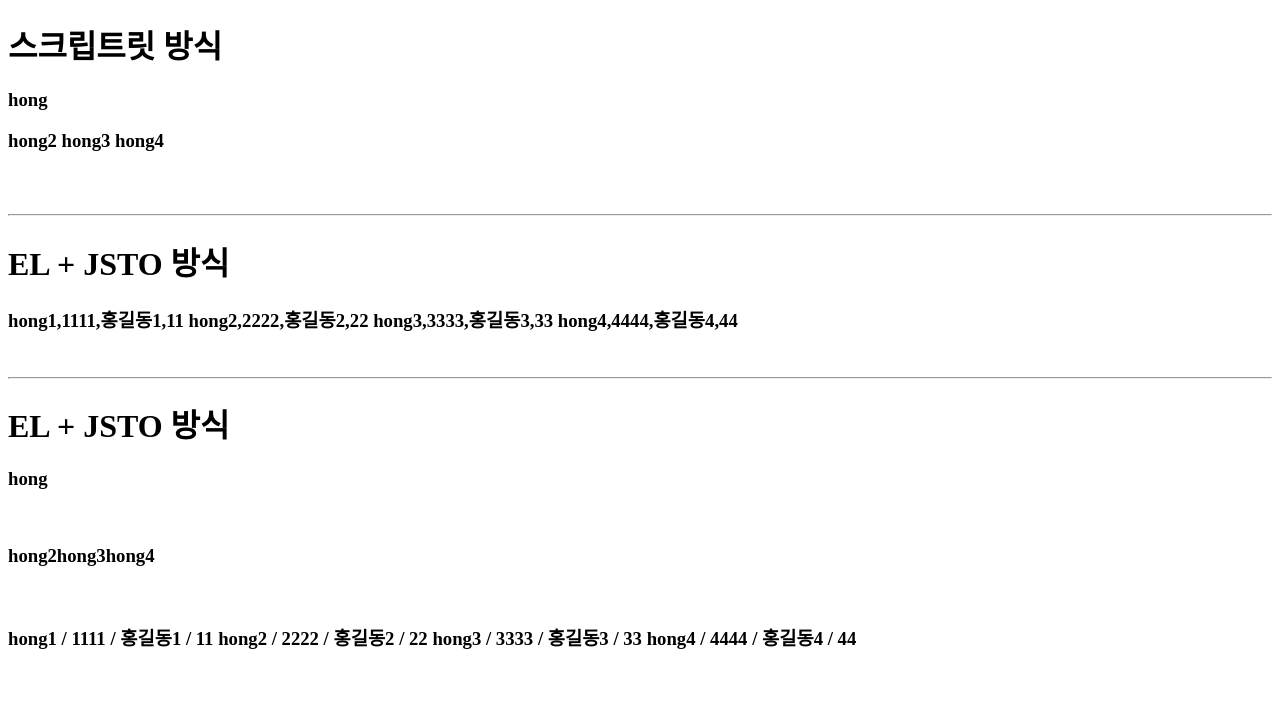
Repository: siucrystal/siuproject
Page: http://localhost/myweb/memberListJstl.jsp
These files come from the project's save history. The page is drawn as it stood at one moment and after the next save; the edit follows.
The browser window is 1280 px wide. The pictures show the whole page.
The page is served by Tomcat 9. Other server files are loaded and not shown.

Above is the page before, as saved 2023-09-20 06:49:04.

### jspws/myweb/src/main/webapp/memberListJstl.jsp
<%@page import="java.util.ArrayList"%>
<%@page import="member.MemberDTO"%>
<%@page import="java.util.List"%>
<%@ page language="java" contentType="text/html; charset=UTF-8"
    pageEncoding="UTF-8"%>
<!DOCTYPE html>
<html>
<head>
<meta charset="UTF-8">
<title>memberListJstl</title>
</head>
<body>
<%
	String name = "hong";

	String[] nameArray = {"hong2", "hong3", "hong4"};

	List<MemberDTO> list = new ArrayList();
	list.add(new MemberDTO("hong1", "1111", "홍길동1", 11));
	list.add(new MemberDTO("hong2", "2222", "홍길동2", 22));
	list.add(new MemberDTO("hong3", "3333", "홍길동3", 33));
	list.add(new MemberDTO("hong4", "4444", "홍길동4", 44));
	request.setAttribute("name", name);
	request.setAttribute("nameArray", nameArray);
	request.setAttribute("list", list);
%>
<jsp:forward page="memberListViewJstl.jsp"></jsp:forward>
</body>
</html>

### jspws/myweb/src/main/webapp/memberListViewJstl.jsp
<%@page import="member.MemberDTO"%>
<%@page import="java.util.List"%>
<%@ page language="java" contentType="text/html; charset=UTF-8"
    pageEncoding="UTF-8"%>
<%@ taglib prefix="c" uri="http://java.sun.com/jsp/jstl/core" %>
<!DOCTYPE html>
<html>
<head>
<meta charset="UTF-8">
<title>Insert title here</title>
</head>
<body>
<h1>스크립트릿 방식</h1>
<h3>
<%
	String name = (String)request.getAttribute("name");
%>
<%=name %>
</h3>
<h3>
<%
	String[] nameArray = (String[])request.getAttribute("nameArray");
%>
<%for(String n : nameArray) {%>
<%=n %>
<%} %>

</h3>
<br>
<br><hr>
<h1>EL + JSTO 방식</h1>
<h3>
<%
	List<MemberDTO> list = (List<MemberDTO>)request.getAttribute("list");
%>
<%for(MemberDTO dto : list) {%>
<%=dto.getId() %>,<%=dto.getPw() %>,<%=dto.getName() %>,<%=dto.getAge() %>
<%} %>

</h3>
<br><hr>
<h1>EL + JSTO 방식</h1>
<h3>
${requestScope.name}

</h3>
<br>
<h3>
<c:forEach var="n" items="${requestScope.nameArray}">${n}</c:forEach>
</h3>
<br>
<h3>
<c:forEach var="dto" items="${list}">
${dto.id} / ${dto.pw} / ${dto.name} / ${dto.age}
</c:forEach>
</h3>
</body>
</html>

### jspws/myweb/src/main/java/member/MemberDTO.java
package member;

public class MemberDTO {
	private String idx, id, pw, name, regdate;
	private int age;

	public MemberDTO() {
	}

	public MemberDTO(String idx, String id, String pw, String name, int age, String regdate) {
		super();
		this.idx = idx;
		this.id = id;
		this.pw = pw;
		this.name = name;
		this.age = age;
		this.regdate = regdate;
	}

	public MemberDTO(String id, String pw, String name, int age) {
		this.id = id;
		this.pw = pw;
		this.name = name;
		this.age = age;
	}

	public String getIdx() {
		return idx;
	}

	public void setIdx(String idx) {
		this.idx = idx;
	}

	public String getId() {
		return id;
	}

	public void setId(String id) {
		this.id = id;
	}

	public String getPw() {
		return pw;
	}

	public void setPw(String pw) {
		this.pw = pw;
	}

	public String getName() {
		return name;
	}

	public void setName(String name) {
		this.name = name;
	}

	public int getAge() {
		return age;
	}

	public void setAge(int age) {
		this.age = age;
	}

	public String getRegdate() {
		return regdate;
	}

	public void setRegdate(String regdate) {
		this.regdate = regdate;
	}

	@Override
	public String toString() {
		return "회원번호: " + idx + ", ID: " + id + ", 비밀번호: " + pw + ", 이름: " + name + ", 나이: " + age + ", 가입날짜: " + regdate;
	}
}

After the next save:
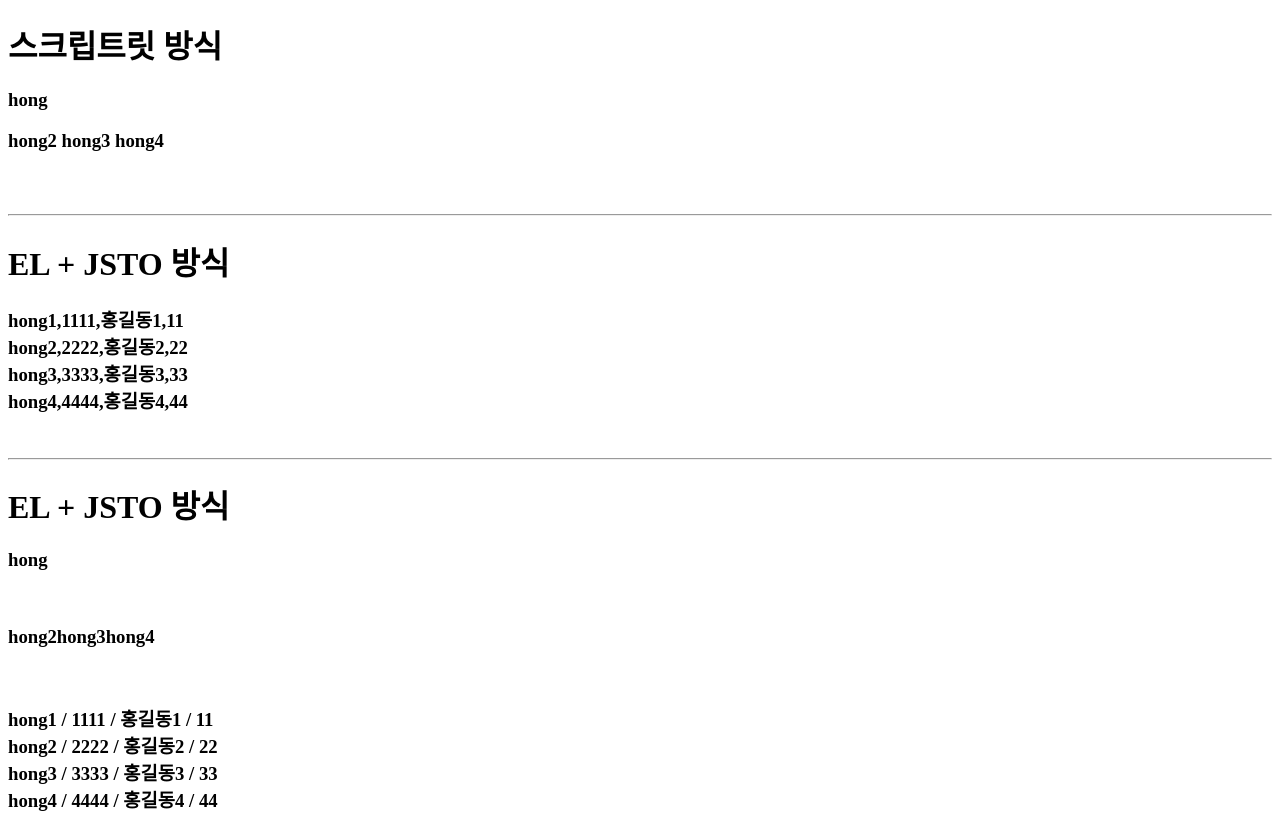
Saved 17 s later.
--- a/jspws/myweb/src/main/webapp/memberListViewJstl.jsp
+++ b/jspws/myweb/src/main/webapp/memberListViewJstl.jsp
@@ -34,7 +34,7 @@
 	List<MemberDTO> list = (List<MemberDTO>)request.getAttribute("list");
 %>
 <%for(MemberDTO dto : list) {%>
-<%=dto.getId() %>,<%=dto.getPw() %>,<%=dto.getName() %>,<%=dto.getAge() %>
+<%=dto.getId() %>,<%=dto.getPw() %>,<%=dto.getName() %>,<%=dto.getAge() %><br>
 <%} %>
 
 </h3>
@@ -51,7 +51,7 @@ ${requestScope.name}
 <br>
 <h3>
 <c:forEach var="dto" items="${list}">
-${dto.id} / ${dto.pw} / ${dto.name} / ${dto.age}
+${dto.id} / ${dto.pw} / ${dto.name} / ${dto.age} <br>
 </c:forEach>
 </h3>
 </body>
